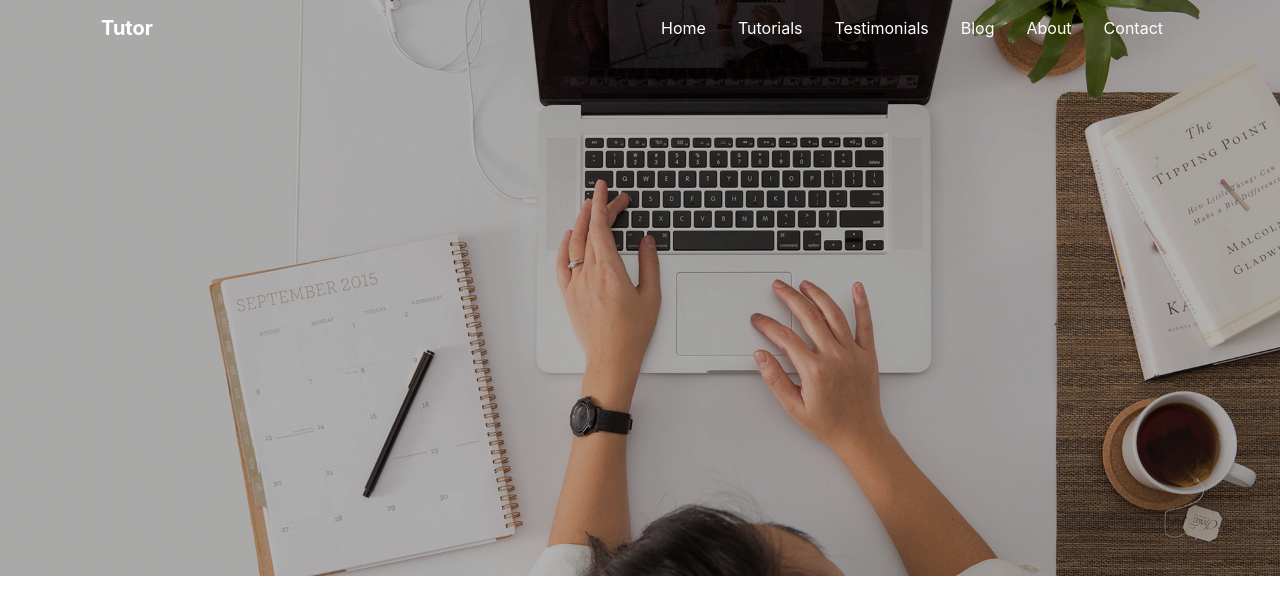
Repository: longvh2003/Tutor
Page: Views/home.html
The author's editor kept a copy of each file at every save. The page is drawn from the files as they stood at one save, then again after the next save.
The browser window is 1280 px wide. The pictures show the whole page.
Some web libraries are served in a nearby version.

Above is the page before, as saved 2020-08-12 16:15:56.

### Views/home.html
<html lang="en">

<head>
    <meta charset="UTF-8">
    <meta name="viewport" content="width=device-width, initial-scale=1.0">
    <title>Home</title>
    <link rel="stylesheet" href="https://stackpath.bootstrapcdn.com/bootstrap/4.5.2/css/bootstrap.min.css"
        integrity="sha384-JcKb8q3iqJ61gNV9KGb8thSsNjpSL0n8PARn9HuZOnIxN0hoP+VmmDGMN5t9UJ0Z" crossorigin="anonymous">
    <link rel="stylesheet" href="https://use.fontawesome.com/releases/v5.12.0/css/all.css"
        integrity="sha384-REHJTs1r2ErKBuJB0fCK99gCYsVjwxHrSU0N7I1zl9vZbggVJXRMsv/sLlOAGb4M" crossorigin="anonymous" />
    <link rel="stylesheet" href="../Css/home.css">
</head>

<body>
    <section class="header">
        <div class="opacity"></div>
        <div class="container">
            <nav class="navbar navbar-light">
                <a class="navbar-brand text-white" href="#"><strong>Tutor</strong></a>
                <ul class="nav justify-content-center">
                    <li class="nav-item">
                        <a class="nav-link text-white" href="#">Home</a>
                    </li>
                    <li class="nav-item">
                        <a class="nav-link text-white" href="#">Tutorials</a>
                    </li>
                    <li class="nav-item">
                        <a class="nav-link text-white" href="#">Testimonials</a>
                    </li>
                    <li class="nav-item">
                        <a class="nav-link text-white" href="#">Blog</a>
                    </li>
                    <li class="nav-item">
                        <a class="nav-link text-white" href="#">About</a>
                    </li>
                    <li class="nav-item">
                        <a class="nav-link text-white" href="#">Contact</a>
                    </li>
                </ul>
            </nav>
        </div>
    </section>
</body>

</html>

### Css/home.css
body {
  font-family: "Raleway", -apple-system, BlinkMacSystemFont, "Segoe UI", Roboto,
    "Helvetica Neue", Arial, "Noto Sans", sans-serif, "Apple Color Emoji",
    "Segoe UI Emoji", "Segoe UI Symbol", "Noto Color Emoji";
}
.header{
    background: url(../Image/hero_bg.jpg) no-repeat center center;
    height: 36rem;
    background-size: cover;
}
.opacity{
    position: absolute;
    width: 100%;
    height: 36rem;
    background: rgba(0, 0, 0, 0.3);
}

After the next save:
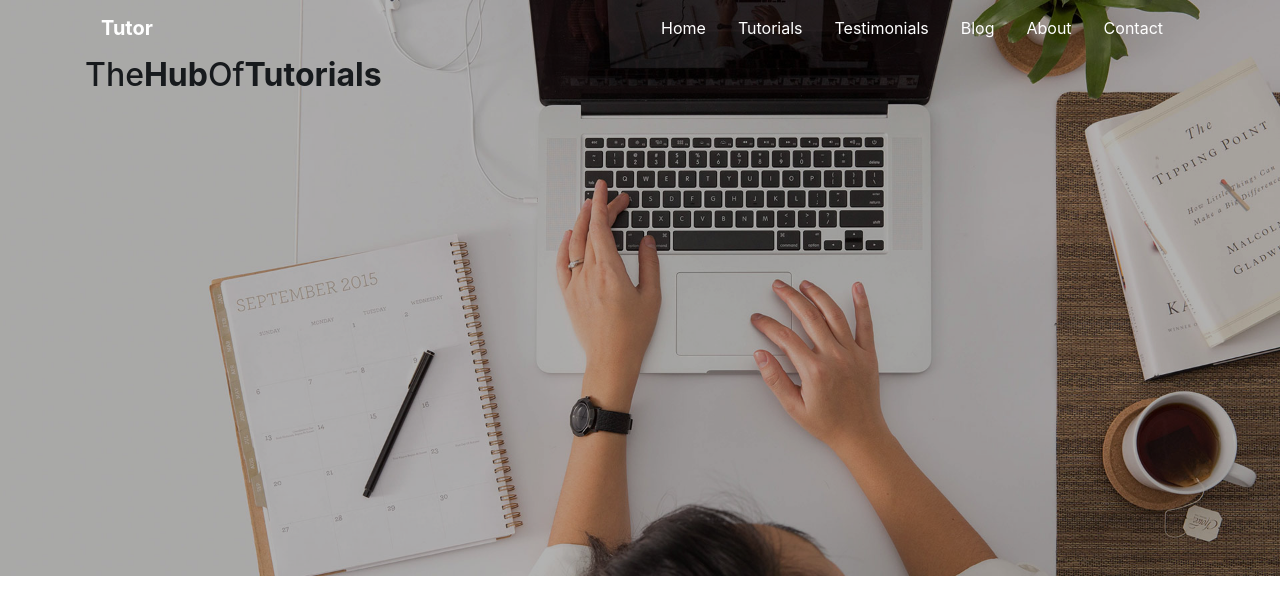
Saved 88 s later.
--- a/Views/home.html
+++ b/Views/home.html
@@ -38,6 +38,9 @@
                     </li>
                 </ul>
             </nav>
+            <div>
+                <h2>The<strong>Hub</strong>Of<strong>Tutorials</strong></h2>
+            </div>
         </div>
     </section>
 </body>
